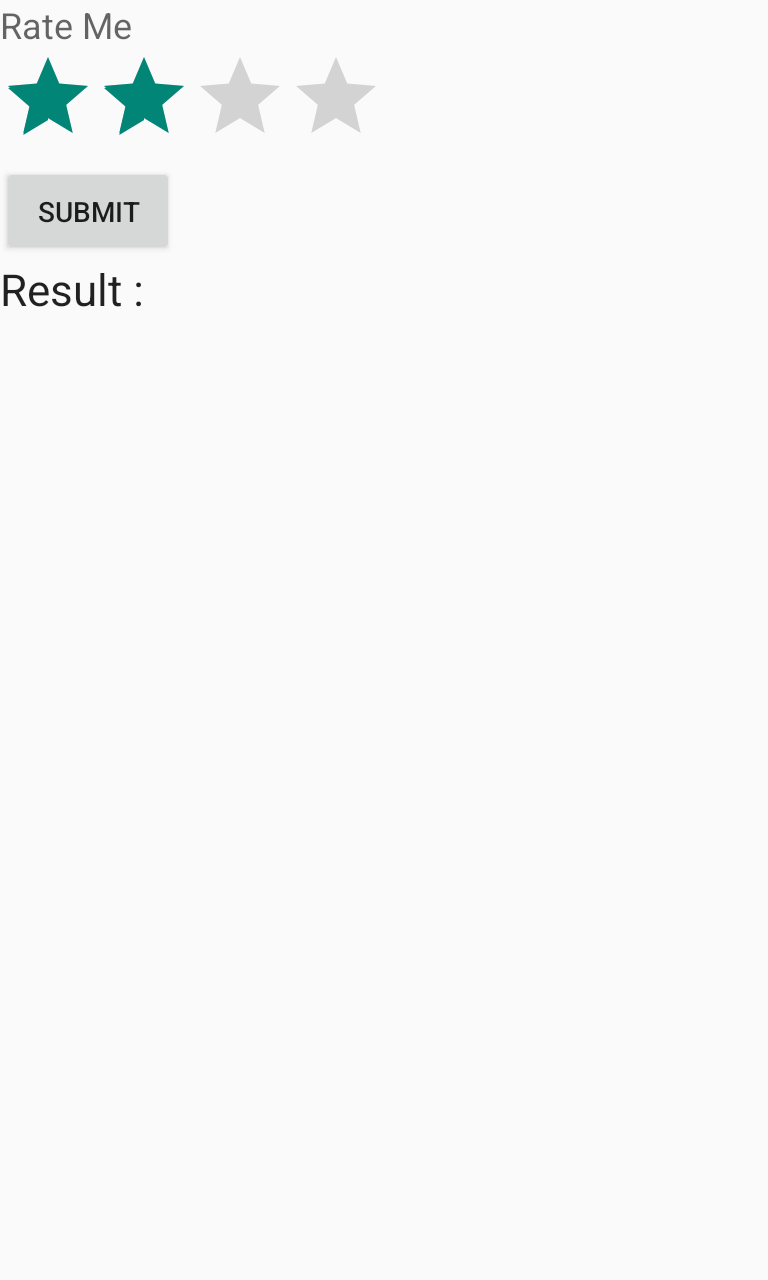
Repository: morgancundiff/TrollApp
Layout: Troll/res/layout/menu_single_item.xml
An editor plug-in stored every save of this project. The layout is shown before and after the next save, followed by the edit.
It is drawn on a 768 x 1280 px phone screen (xhdpi) without system bars, with theme AppTheme; the app's code is not run.

Above is the layout before, as saved 2014-05-29 05:43:43.

### Troll/res/layout/menu_single_item.xml
<?xml version="1.0" encoding="utf-8"?>
<LinearLayout xmlns:android="http://schemas.android.com/apk/res/android"
    android:layout_width="fill_parent"
    android:layout_height="fill_parent"
    android:orientation="vertical" >

    <TextView
        android:id="@+id/lblRateMe"
        android:layout_width="wrap_content"
        android:layout_height="wrap_content"
        android:text="Rate Me"
        android:textAppearance="?android:attr/textAppearanceMedium" />

    <RatingBar
        android:id="@+id/ratingBar"
        android:layout_width="wrap_content"
        android:layout_height="wrap_content"
        android:numStars="4"
        android:stepSize="1.0"
        android:rating="2.0" />

    <Button
        android:id="@+id/btnSubmit"
        android:layout_width="wrap_content"
        android:layout_height="wrap_content"
        android:text="Submit" />

    <LinearLayout
        android:id="@+id/linearLayout1"
        android:layout_width="match_parent"
        android:layout_height="wrap_content" >

        <TextView
            android:id="@+id/lblResult"
            android:layout_width="wrap_content"
            android:layout_height="wrap_content"
            android:text="Result : "
            android:textAppearance="?android:attr/textAppearanceLarge" />

        <TextView
            android:id="@+id/txtRatingValue"
            android:layout_width="wrap_content"
            android:layout_height="wrap_content"
            android:text=""
            android:textAppearance="?android:attr/textAppearanceSmall" />

    </LinearLayout>

</LinearLayout>

Loaded but not shown: Troll/res/values/styles.xml (common file); Troll/res/values-v11/styles.xml (common file); Troll/res/values-v14/styles.xml (common file)

After the next save:
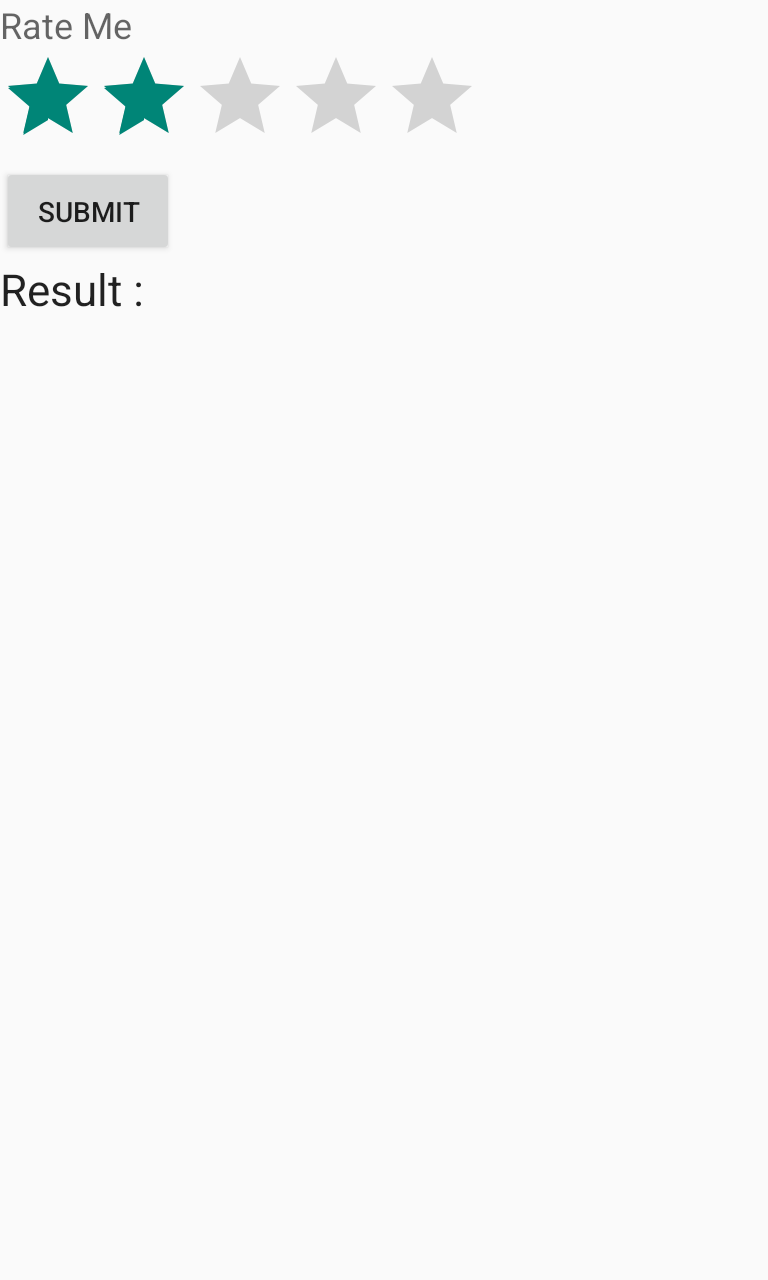
Saved 86 s later.
--- a/Troll/res/layout/menu_single_item.xml
+++ b/Troll/res/layout/menu_single_item.xml
@@ -15,8 +15,8 @@
         android:id="@+id/ratingBar"
         android:layout_width="wrap_content"
         android:layout_height="wrap_content"
-        android:numStars="4"
-        android:stepSize="1.0"
+        android:numStars="5"
+        android:stepSize="0.5"
         android:rating="2.0" />
 
     <Button
